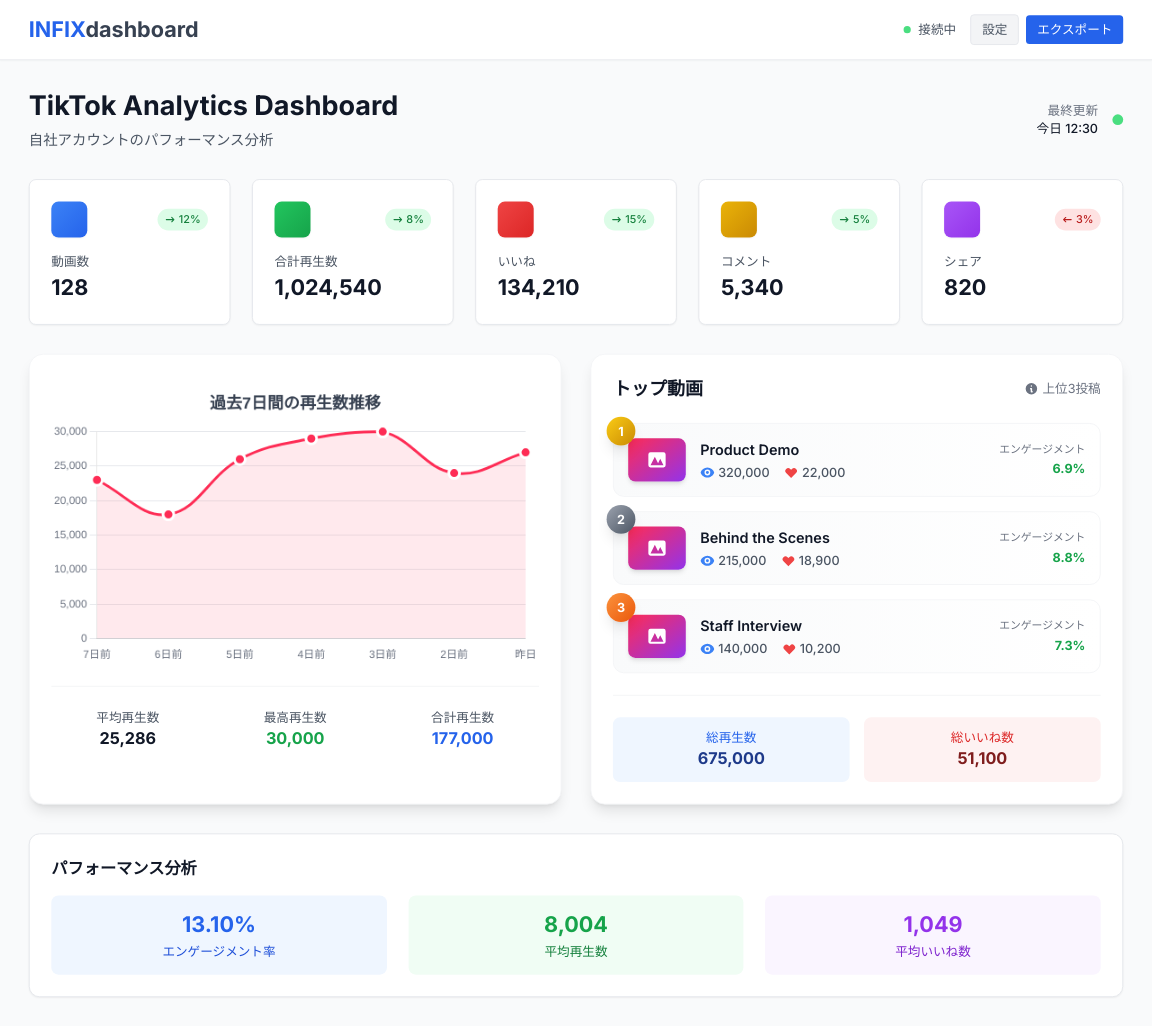
Repository: masayasusuzuki/LogicaMarketingTool
Page: /dashboard
The author's editor kept a copy of each file at every save. The page is drawn from the files as they stood at one save, then again after the next save.
The browser window is 1280 px wide. The pictures show the whole page, at 90% of full size.
The project was rebuilt for these pictures with package versions that can differ from the ones it lists, and the page was loaded fresh each time. The framework's server and built-in components were replaced by stand-ins that run in the browser. Also part of the build but not shown: next.config.js.

Above is the page before, as saved 2025-08-07 12:33:08.

After the next save:
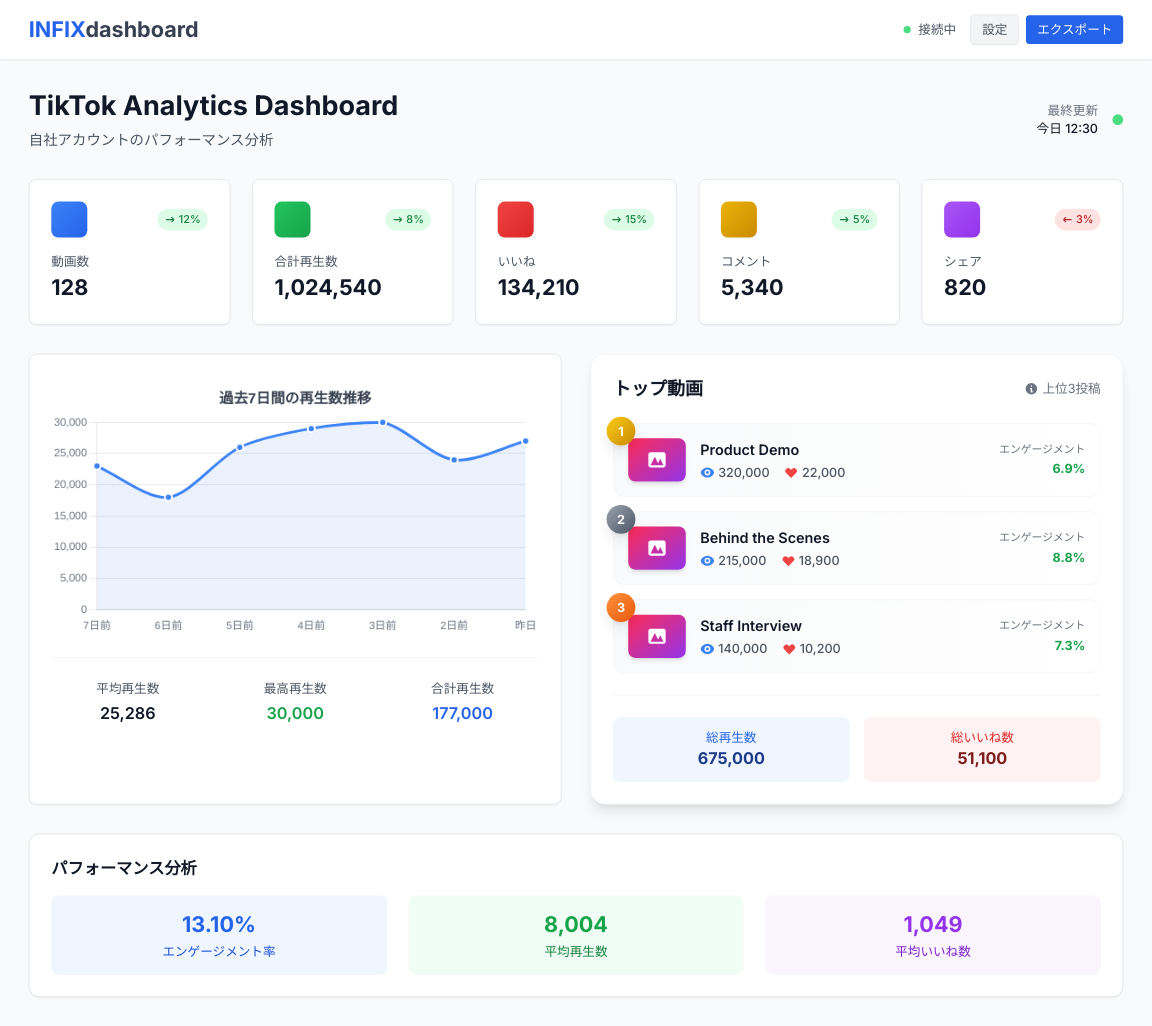
Saved 27 s later.
--- a/src/components/ViewsChart.tsx
+++ b/src/components/ViewsChart.tsx
@@ -40,19 +40,19 @@
         display: true,
         text: '過去7日間の再生数推移',
         font: {
-          size: 18,
-          weight: 'bold',
+          size: 16,
+          weight: '600',
         },
         color: '#374151',
-        padding: 20,
+        padding: 16,
       },
       tooltip: {
         backgroundColor: 'rgba(0, 0, 0, 0.8)',
         titleColor: '#fff',
         bodyColor: '#fff',
-        borderColor: '#fe2c55',
+        borderColor: '#3B82F6',
         borderWidth: 1,
-        cornerRadius: 8,
+        cornerRadius: 6,
         displayColors: false,
         callbacks: {
           label: function(context: any) {
@@ -92,14 +92,14 @@
     },
     elements: {
       point: {
-        radius: 6,
-        hoverRadius: 8,
-        backgroundColor: '#fe2c55',
+        radius: 4,
+        hoverRadius: 6,
+        backgroundColor: '#3B82F6',
         borderColor: '#fff',
-        borderWidth: 3,
+        borderWidth: 2,
       },
       line: {
-        tension: 0.4,
+        tension: 0.3,
       }
     }
   };
@@ -112,21 +112,21 @@
       {
         label: '再生数',
         data: dailyViews,
-        borderColor: '#fe2c55',
-        backgroundColor: 'rgba(254, 44, 85, 0.1)',
+        borderColor: '#3B82F6',
+        backgroundColor: 'rgba(59, 130, 246, 0.1)',
         fill: true,
-        pointBackgroundColor: '#fe2c55',
+        pointBackgroundColor: '#3B82F6',
         pointBorderColor: '#fff',
-        pointBorderWidth: 3,
-        pointRadius: 6,
-        pointHoverRadius: 8,
+        pointBorderWidth: 2,
+        pointRadius: 4,
+        pointHoverRadius: 6,
       },
     ],
   };
 
   return (
-    <div className="bg-white rounded-2xl shadow-lg p-6 border border-gray-100">
-      <div className="h-80">
+    <div className="bg-white rounded-lg shadow-sm p-6 border border-gray-200">
+      <div className="h-72">
         <Line options={options} data={data} />
       </div>
 
@@ -134,20 +134,20 @@
       <div className="mt-6 pt-6 border-t border-gray-100">
         <div className="grid grid-cols-3 gap-4">
           <div className="text-center">
-            <p className="text-sm text-gray-600">平均再生数</p>
-            <p className="text-lg font-bold text-gray-900">
+            <p className="text-sm text-gray-600 mb-1">平均再生数</p>
+            <p className="text-lg font-semibold text-gray-900">
               {Math.round(dailyViews.reduce((a, b) => a + b, 0) / dailyViews.length).toLocaleString()}
             </p>
           </div>
           <div className="text-center">
-            <p className="text-sm text-gray-600">最高再生数</p>
-            <p className="text-lg font-bold text-green-600">
+            <p className="text-sm text-gray-600 mb-1">最高再生数</p>
+            <p className="text-lg font-semibold text-green-600">
               {Math.max(...dailyViews).toLocaleString()}
             </p>
           </div>
           <div className="text-center">
-            <p className="text-sm text-gray-600">合計再生数</p>
-            <p className="text-lg font-bold text-blue-600">
+            <p className="text-sm text-gray-600 mb-1">合計再生数</p>
+            <p className="text-lg font-semibold text-blue-600">
               {dailyViews.reduce((a, b) => a + b, 0).toLocaleString()}
             </p>
           </div>
